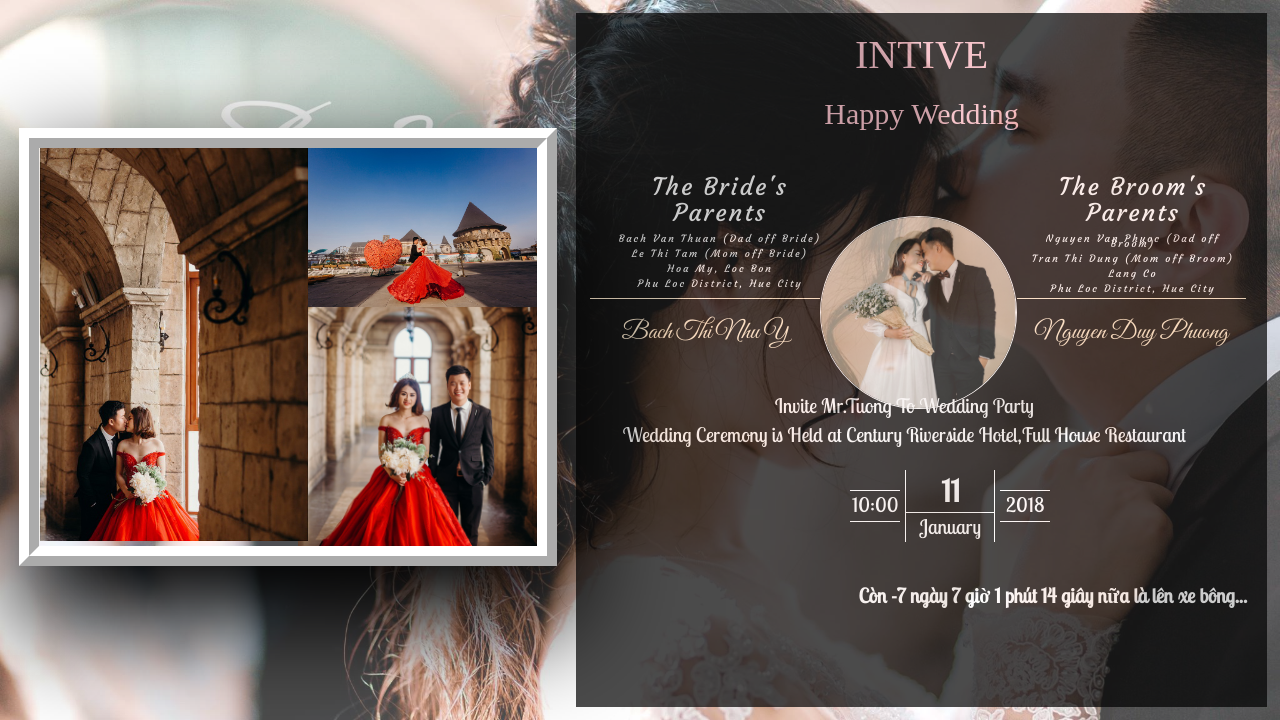
Repository: nguyenhuutuong999/WeddingOfSister
Page: index.html
An editor plug-in stored every save of this project. The page is shown before and after the next save, followed by the edit.
The browser window is 1280 px wide. The pictures show the whole page.
Some web fonts or font styles are not loaded; a fallback is used.

Above is the page before, as saved 2019-09-17 16:59:40.

### index.html
<!doctype html>
<html>

<head>
    <meta charset="utf-8">
    <meta name="viewport" content="width=device-width, initial-scale=1">
    <title>Wedding</title>

    <!-- Latest compiled and minified CSS & JS -->

    <link rel="stylesheet" href="./style.css">


    <!-- Latest compiled and minified CSS & JS -->
    <link rel="stylesheet" media="screen" href="//netdna.bootstrapcdn.com/bootstrap/3.3.4/css/bootstrap.min.css">
    <script src="//code.jquery.com/jquery.js"></script>
    <script src="//netdna.bootstrapcdn.com/bootstrap/3.3.4/js/bootstrap.min.js"></script>

    <link rel="stylesheet" href="./animate.css">
    <script type="text/javascript" src="./wow.min.js"></script>
    <script>
        new WOW().init();
    </script>

</head>


<body>
    <div id="container">
        <div id="opacity-background"></div>

        <div id="album">
                <img id = "vh" name="image_vh" src="./images/vh1.jpg" class="wow fadeInLeft" data-wow-duration="1s">
                <img id = "hh" name="image_hh" src="./images/hh1.jpg" class="wow fadeInRight" data-wow-duration="1s">
            <img id = "s" name="image_s" src="./images/s1.jpg" class="wow fadeInUp" data-wow-duration="1s">
        </div>
        <div id="content">
            <h1 id="invite">INTIVE</h1>
            <h2 id="happy">Happy Wedding</h2>
            <div id="infor">
                <div id="bride" class="wedding">
                    <!-- // <label>Le Thi Thanh Ngan</label> -->
                    <h3>The Bride's Parents</h3>
                    <p>Bach Van Thuan (Dad off Bride)</p>
                    <p>Le Thi Tam (Mom off Bride)</p>
                    <p>Hoa My, Loc Bon</p>
                    <p>Phu Loc District, Hue City</p>

                </div>
                <div id="broom" class="wedding">
                    <!--  -->
                    <h3>The Broom's Parents</h3>
                    <p>Nguyen Van Phuoc (Dad off Broom)</p>
                    <p>Tran Thi Dung (Mom off Broom)</p>
                    <p>Lang Co</p>
                    <p>Phu Loc District, Hue City</p>

                </div>
                <!-- <canvas id="myCanvas" width="470" height="300"></canvas> -->

            </div>
            <div id="colorful">
                <h2 style="margin-left: 0px;" class="name">Bach Thi Nhu Y</h2>
                <img name="image_s" id="radius" src="./images/s1.jpg" class="wow zoomIn" data-wow-duration="1s" />
                <h2 style="margin-left: 0px;" class="name">Nguyen Duy Phuong</h2>
            </div>
            <div id="desc">
                <div style="color: white; position: relative; margin-top: 40%;">Invite Mr.Tuong To Wedding Party</div>
                <div id="place">Wedding Ceremony is Held at Century Riverside Hotel,Full House Restaurant</div>
                <div id="time">
                    <div id="hour" class="border1">10:00</div>
                    <div id="day-month">
                        <div id="day">11</div>
                        <div id="month">January</div>
                    </div>
                    <div id="year" class="border1">2018</div>
                </div>

            </div>
            <p id="countDown"></p>
        </div>

</body>

</html>
<script type="text/javascript">
    window.onload = function () {

        setTimeout("switchImageVH()", 3000);
        setTimeout("switchImageS()", 3000);
        setTimeout("switchImageHH()", 3000);
    }
    var current_vh = 1;
    var num_image_vh = 7;

    var current_s = 1;
    var num_image_s = 7

    var current_hh = 1;
    var num_image_hh = 7;

    function switchImageVH() {
        current_vh++;
        document.images['image_vh'].src = './images/vh' + current_vh + '.jpg';

        if (current_vh < num_image_vh) {
            setTimeout("switchImageVH()", 3000);

        } else if (current_vh == num_image_vh) {

            current_vh = 1;
            setTimeout("switchImageVH()", 3000);
        }


    }
    function switchImageS() {
        current_s++;
        document.images['image_s'].src = './images/s' + current_s + '.jpg';

        if (current_s < num_image_s) {
            setTimeout("switchImageS()", 3000);

        } else if (current_s == num_image_s) {
            current_s = 1;
            setTimeout("switchImageS()", 3000);
        }
    }
    function switchImageHH() {
        current_hh++;
        document.images['image_hh'].src = './images/hh' + current_hh + '.jpg';

        if (current_hh < num_image_s) {
            setTimeout("switchImageHH()", 3000);

        } else if (current_hh == num_image_s) {
            current_hh = 1;
            setTimeout("switchImageHH()", 3000);
        }
    }


    var dateWedding = {

        date: 10,
        hour: 23,
        minutes: 59,
        second: 59,
    }

    setInterval(function () {
        var today = new Date();
        var date = "Còn " + (dateWedding.date - today.getDate()) + " ngày " + (dateWedding.hour - today.getHours()) + " giờ " + (dateWedding.minutes - today.getMinutes()) + " phút " + (dateWedding.second - today.getSeconds() + " giây nữa là lên xe bông...");
        document.getElementById("countDown").innerHTML = date;
    }, 1000);



    // var canvas = document.getElementById('myCanvas');
    // var context = canvas.getContext('2d');

    // // Xác đinh tâm là trọng tâm của Canvas
    // var x = canvas.width / 2;
    // var y = canvas.height / 2;

    // // bán kính 75px
    // var radius = 130;

    // // Góc bắt đầu là 1.1PI
    // var startAngle = 1.1 * Math.PI;

    // // Góc kết thúc là 1.9PI
    // var endAngle = 1.9 * Math.PI;

    // // Cùng chiều kim đồng hồ
    // var counterClockwise = false;

    // // Vẽ đường cung
    // context.beginPath();
    // context.arc(x, y, radius, startAngle, endAngle, counterClockwise);
    // context.lineWidth = 1.5;

    // // line color
    // context.strokeStyle = 'blanchedalmond';
    // context.stroke();


</script>

### style.css
@import url('https://fonts.googleapis.com/css?family=Great+Vibes&display=swap');
@import url('https://fonts.googleapis.com/css?family=Cookie&display=swap');
@import url('https://fonts.googleapis.com/css?family=Courgette&display=swap');
@import url('https://fonts.googleapis.com/css?family=Berkshire+Swash|Great+Vibes&display=swap');
@import url('https://fonts.googleapis.com/css?family=Lobster+Two&display=swap');
body,html{
    top:0;
    margin: 0;
    padding: 0;
    font-family: Impact, Haettenschweiler, 'Arial Narrow Bold', sans-serif;
    width: 100%;
    height: 100%;
}

#container{
    display: flex;
    background-image: url("./images/wedding6.jpg.png");
    background-repeat: repeat;
    background-size: cover;
    width: 100%;
    height: 100%;
    position: relative;
}
#opacity-background{

    position: absolute;
    top: 0;
    left: 0;
    width: 100%;
    height: 100%;
    background:white;
    opacity: 0.3;

}

#content{

    position: relative;
    background: rgb(0, 0, 0);
    opacity: 0.7;
    width: 59%;
    float: left;
    margin: 1% 1% 1% 45%;

}
#album {
    margin: 10% 1.5%;
    width: 42%;
    position: absolute;
    box-shadow: 10px 50px 100px 10px black;
    border: 20px ridge #ffffff;
}

#vh{
    width: 54%;
    position: absolute;

}
#hh{
    width: 48%;
    margin-left: 52%;

}
#s{
    width: 48%;
    margin-left: 52%;

}


#invite{
    font-family: 'Berkshire Swash', cursive;
    color: pink;
    text-align: center;
    font-size: 40px;
}
#happy{
    font-family: 'Berkshire Swash', cursive;
    color: pink;
    text-align: center;
}
#infor{
    color: white;
    font-family: 'Courgette', cursive;
    font-size: 10px;
    display: flex;
    position: absolute;
    padding: 2% 4%;
    width: 100%;
}
.wedding{
    width: calc(100%/2);
    letter-spacing: 2px;
    text-align: center;
    line-height: 5px;
}
#colorful{
    color: white;
    font-family: 'Great Vibes', cursive;
    display: flex;
    margin-top: 0px;
    position: absolute;
    text-align: center;
    width: 95%;
    align-items: center;
    margin-top: 11%;
    margin-left: 2%;

}
.name{
    border-style: solid;
    border-width: 1px 0 0 0;
    padding:  20px 0;
    margin-top: 50px;
    color: blanchedalmond;
    width: 35%;
    font-size: 25px;
}
#radius{
    border-radius: 100%;
    border: solid 1.5px white;
    width: 30%;
}

#desc{
    position: relative;
    color: white;
    font-family: 'Lobster Two', cursive;
    font-size: 20px;
    margin-top: 00%;
    text-align: center;
    width: 95%;
}



#time{
    display: flex;
    position: relative;
    width: 40%;
    margin-left: 41%;
}
#hour{
    margin: 40px 5px;
}

#year{

    margin: 40px 5px;
}
.border1{
    border-style: solid;
    border-width: 0.1px 0;
    width: 50px;
}
#day-month{
    border-style: solid;
    border-width: 0 1.5px;
    width: 90px;
    margin: 20px 0;
}
#day{
    border-style: solid;
    border-width: 0 0 1px 0;
    width: 89px;

    font-size: 30px;
    font-weight: bold;
}
/* #myCanvas{
    position: absolute;
    margin-top: 110px;
    margin-left: 185px;


} */

#bride{
    margin-left: 10px;
}
#broom{
    margin-left: 200px;
}
#countDown{
    position: relative;
    font-family: 'Lobster Two', cursive;
    color: white;
    text-align: right;
    font-size: 20px;
    font-weight: bold;
    margin-top: 0%;

    padding: 20px;
}

@media only screen and (max-width: 600px) {

    #container{
        display: inline-block;
        background-image: url("./images/wedding5.jpg");
        background-repeat: repeat;
        background-size: cover;
        width: 100%;
        height: 100%;
        position: relative;
    }
    #invite{

        margin-top: 0px;
        padding: 5px;
        font-size: 1em;
    }
    #happy{
        font-size: 0.8em;
        margin-top: -10px;
    }
    #infor{
        margin-top: -30px;
        font-size: 5px;
        padding: 5px 10px;
    }
    .wedding h3{
        font-size: 10px;
    }
    .wedding{
        width: calc(100%);
        letter-spacing: 0.5px;
        font-size: 6px;
        line-height: 0.5px;
    }

    #bride{
        margin-left: 0px;
    }
    #broom{
        margin-left: 70px;
    }
    #colorful{
        width: 95%;
        margin-top: 5%;
        margin-left: 2%;

    }
    .name{
        padding:  10px 0;
        font-size: 12px;
    }
    #radius{
        border: solid 0.5px white;
    }

    #desc{
        position: relative;
        color: white;
        font-family: 'Lobster Two', cursive;
        font-size: 10px;
        margin-top: 30%;
        text-align: center;
        width: 95%;
    }

    #time{
        display: flex;
        position: relative;
        width: 40%;
        margin-left: 35%;
        margin-top: -30px;
        font-size: 7px;
    }
    #hour{
        margin: 45px 5px;
        width: 20%;
    }

    #year{
        width: 20%;
        margin: 45px 5px;
    }

    #day-month{
        border-width: 0 1px;
        width: 40px;
        margin: 35px 0;
    }
    #day{
        width: 100%;
        font-size: 10px;

    }
    #countDown{

        font-size: 8px;
        margin-top: -5%;
    padding: 5px;

    }
    #content{

        position: relative;
        background: rgb(0, 0, 0);
        opacity: 0.7;
        width: 92%;
        margin: 4%;

    }
    #album {
        margin: 4%;
        width: 92%;
        position: absolute;
        margin-top: 80%;
        box-shadow: 10px 50px 100px 10px black;
        border: 15px ridge #ffffff;
    }

    #vh{
        width: 53%;

        position: absolute;

    }
    #hh{
        width: 48%;

        margin-left: 52%;

    }
    #s{
        width: 48%;
        margin-left: 52%;

    }


  }

/* @media only screen and (max-width: 600px) {
    #invite{
        margin-top: 5px;
        font-size: 1em;
    }
    #happy{
        font-size: 0.8em;
        margin-top: -10px;
    }
    #infor{
        margin-top: -30px;
        font-size: 5px;
        padding: 5px 10px;
    }
    .wedding h3{
        font-size: 8px;
    }
    .wedding{
        width: calc(100%);
        letter-spacing: 0.5px;
        font-size:5px;
        line-height: 0.5px;
    }
    #album img{

        width: 90%;
        box-shadow: 10px 50px 100px 10px black;
    }
    #bride{
        margin-left: 0px;
    }
    #broom{
        margin-left: 70px;
    }
    #colorful{
        width: 95%;
        margin-top: 5px;
        margin-left: 2%;

    }
    .name{
        padding:  10px 0;
        font-size: 10px;
    }
    #radius{
        border: solid 0.5px white;
    }

    #desc{
        position: relative;
        color: white;
        font-family: 'Lobster Two', cursive;
        font-size: 5px;
        margin-top: 30%;
        text-align: center;
        width: 95%;
    }

    #time{
        display: flex;
        position: relative;
        width: 40%;
        margin-left: 32%;
        margin-top: -30px;
        font-size: 7px;
    }
    #hour{
        margin: 45px 5px;
    }

    #year{

        margin: 45px 5px;
    }

    #day-month{
        border-width: 0 1px;
        width: 90px;
        margin: 35px 0;
    }
    #day{
        width: 100%;
        font-size: 10px;

    }
    #countDown{

        font-size: 8px;
        margin-top: -18%;

    }#content{

        position: relative;
        background: rgb(0, 0, 0);
        opacity: 0.7;
        width: 61%;
        margin: 4% 1px 0% 0;

    }
    #album {
        width: 30%;
        position: relative;
        margin: 4% 1% 4% 4%;
    }
    #album img{

        width: 95%;
        box-shadow: 10px 50px 100px 10px black;
    }
  } */

Loaded but not shown: animate.css (library); wow.min.js (library)

After the next save:
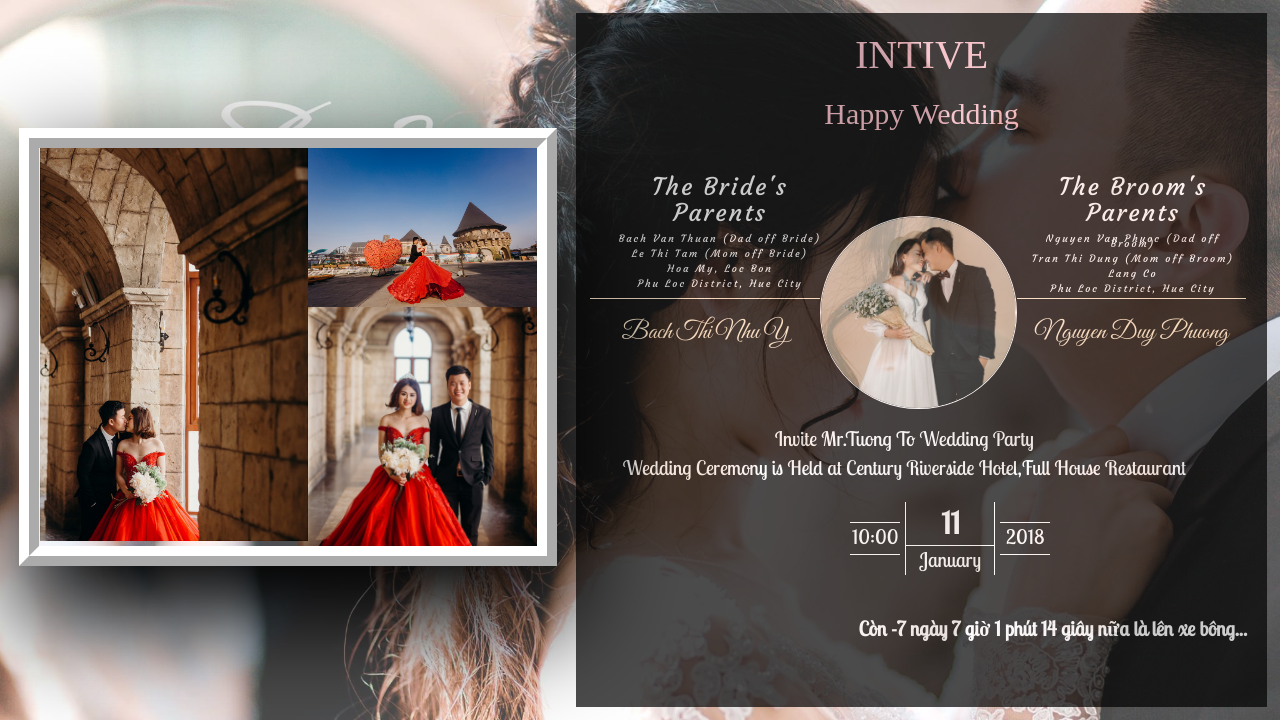
Saved 42 s later.
--- a/index.html
+++ b/index.html
@@ -65,7 +65,7 @@
                 <h2 style="margin-left: 0px;" class="name">Nguyen Duy Phuong</h2>
             </div>
             <div id="desc">
-                <div style="color: white; position: relative; margin-top: 40%;">Invite Mr.Tuong To Wedding Party</div>
+                <div style="color: white; position: relative; margin-top: 45%;">Invite Mr.Tuong To Wedding Party</div>
                 <div id="place">Wedding Ceremony is Held at Century Riverside Hotel,Full House Restaurant</div>
                 <div id="time">
                     <div id="hour" class="border1">10:00</div>
